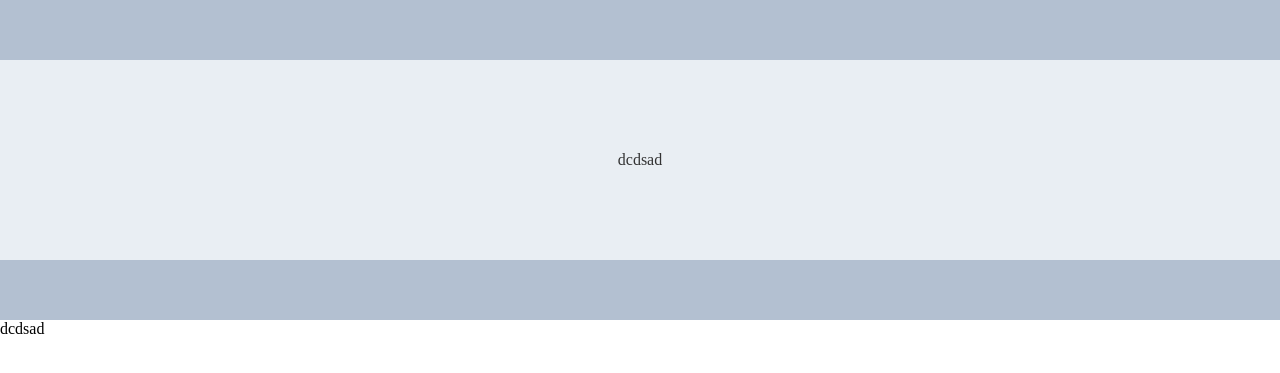
Repository: buddy-fallinlove/Meituan
Page: /
These files come from the project's save history. The page is drawn as it stood at one moment and after the next save; the edit follows.
The browser window is 1280 px wide. The pictures show the whole page.
The project was rebuilt for these pictures with package versions that can differ from the ones it lists, and the page was loaded fresh each time. Also part of the build but not shown: vue.config.js, src/components/layout1/top.vue, src/components/layout1/buccon.vue.

Above is the page before, as saved 2020-08-21 08:55:40.

### src/main.js
import Vue from 'vue'
import App from './App.vue'
import router from './router'
import store from './store'
//引入axios
import axios from './http'
Vue.config.productionTip = false
    //引入封装的全局方法
import api from './http/api.js'
Vue.prototype.$axios = axios
    //引入api.js
Vue.prototype.$api = api
    // 引入ElementUI
import ElementUI from 'element-ui';
import 'element-ui/lib/theme-chalk/index.css';
Vue.use(ElementUI);
new Vue({
    router,
    store,
    render: h => h(App)
}).$mount('#app')

### src/App.vue
<template>
  <div id="app">
    <router-view/>
  </div>
</template>

<style lang="scss">
@import "./style/css.类名_20200524144523"
</style>

### src/router/index.js
import Vue from 'vue'
import VueRouter from 'vue-router'
import Home from '../views/Home.vue'
import layout from '../views/layout.vue'
Vue.use(VueRouter)

const routes = [{
    path: '/',
    name: 'layout',
    component: layout,
    children: [{
            path: '',
            name: 'Home',
            component: Home
        }

    ]
}]

const router = new VueRouter({
    mode: 'history',
    base: process.env.BASE_URL,
    routes
})

export default router

### src/http/index.js
import axios from 'axios'
import qs from 'qs'
// import { Loading, } from 'element-ui'
import store from '../store/index'
// let loading = null


// 判断当前环境是生产环境还是开发环境
// process.env.NODE_ENV的值决定当前环境
// production为生产环境 development为开发环境
const isProduction = process.env.NODE_ENV === 'production'

// 创建axios配置对象
const service = axios.create()

// 接口基础路径
service.defaults.baseURL = isProduction ? 'http://49.233.66.125:5050/v1' : '/api'

// 超时时间
service.defaults.timeout = 10000
    // 请求头类型
    // service.defaults.headers.post['Content-Type'] = 'application/x-www-form-urlencoded'

// 请求拦截器
service.interceptors.request.use(config => {
    if (!store.state.cancelLoad) {
        store.state.loading = true
    }
    // loading = Loading.service({
    //     text: '正在加载中......'
    // })
    let token = localStorage.getItem('adminToken')
        // 每次请求 都在请求头带上token
    if (token) {
        config.headers['Authorization'] = 'Bearer ' + token
    }
    return config
}, err => {
    console.log(err)
    return Promise.reject(err)
})

// 响应拦截器
service.interceptors.response.use(response => {
    setTimeout(() => {
            store.state.loading = false
        }, 500)
        // if (loading) {
        //     loading.close()
        // }
    return response.data
}, err => {
    // if (err.response.status === 401) {
    //     Message.error(err.response.data.msg)
    // }
})

service.req = function(...params) {
    if (params.length === 1) {
        return service.get(params[0])
    }
    if (params.length === 2) {
        return service.post(params[0], qs.stringify(params[1]))
    }
}

export default service

### src/http/api.js
import service from './index'


export default {
    // 获取定位
    getposition() {
        return service.req('/position')
    },
    // 获取所有省份
    getprovince() {
        return service.req('/province')
    },

    // 获取省份所有城市
    getcitys(id) {
        return service.req(`/citys?id=${id}`)
    }








































































}

### src/style/css.类名_20200524144523.css
/* 同一行排列 */

.d-f {
    display: flex;
}


/* 占比 */

.f1 {
    flex: 1;
}

.f2 {
    flex: 2;
}


/* 垂直居中  水平居中 */

.j-c-c {
    justify-content: center;
}

.a-i-c {
    align-items: center;
}


/* 两边有间距  两边无间距  中间自动等分*/

.j-c-s-a {
    justify-content: space-around;
}

.j-c-s-b {
    justify-content: space-between;
}


/* 换行 */

.f-w-w {
    flex-wrap: wrap;
}


/* 内容不换行 */

.w-s-n {
    white-space: nowrap;
}


/* 超出部分隐藏 */

.o-h {
    overflow: hidden;
}


/* 超出部分显示省略号 */

.t-e-n {
    text-emphasis: none
}


/* 同一行竖向排列 */

.f-d-c {
    display: flex;
    flex-direction: column;
}


/* 悬浮小手 */

.h-c-p {
    cursor: pointer;
}


/* 外边距margin 上下左右4个方向*/

.m1 {
    margin: 10px;
}

.m2 {
    margin: 20px;
}

.m3 {
    margin: 30px;
}


/* 上边距margin：top */

.m-t1 {
    margin-top: 10px;
}

.m-t2 {
    margin-top: 20px;
}

.m-t3 {
    margin-top: 30px;
}


/* 下边距margin：bottom */

.m-b1 {
    margin-bottom: 10px;
}

.m-b2 {
    margin-bottom: 20px;
}

.m-b3 {
    margin-bottom: 30px;
}


/* 左边距margin：left */

.m-l1 {
    margin-left: 10px;
}

.m-l2 {
    margin-left: 20px;
}

.m-l3 {
    margin-left: 30px;
}


/* 右边距margin：right */

.m-r1 {
    margin-right: 10px;
}

.m-r2 {
    margin-right: 20px;
}

.m-r3 {
    margin-right: 30px;
}


/* 内边距padding-top bottom left right上下左右4个方向 */

.p1 {
    padding: 10px;
}

.p2 {
    padding: 20px;
}

.p3 {
    padding: 30px;
}


/* 边框实线border-solid */

.b-s-r {
    border: 1px solid red;
}


/* 边框虚线border-dashed */

.b-d-r {
    border: 1px dashed red;
}


/* 背景颜色 */

.b-c-r {
    background-color: red;
}

.b-c-b {
    background-color: black;
}

.b-c-c {
    background-color: #ccc;
}

.b-c-c {
    background-color: #fff;
}


/* 字体大小 */

.f-s12 {
    font-size: 12px;
}

.f-s14 {
    font-size: 14px;
}

.f-s18 {
    font-size: 18px;
}

.f-s20 {
    font-size: 20px;
}

.f-s22 {
    font-size: 22px;
}

.f-s24 {
    font-size: 24px;
}


/* 字体加粗 */

.f-w {
    font-weight: 700;
}


/* 隐藏上下左右边框 */

.b-t-n {
    border-top: none;
}

.b-b-n {
    border-bottom: none;
}

.b-l-n {
    border-left: none;
}

.b-r-n {
    border-right: none;
}


/* 圆50% */

.b-r {
    border-radius: 50%;
}


/* 同一行排列  居中 */

.container {
    display: flex;
    justify-content: center;
}


/* 宽1280px */

.warp {
    width: 1280px;
}


/* 取消边距 */

* {
    margin: 0;
    padding: 0;
}


/* 悬浮 */

.hover:hover {
    cursor: pointer;
    color: #eee;
}

.nb:hover {
    cursor: pointer;
}

.c {
    color: white;
}

.van-index-bar__index {
    margin-top: 5px;
}

.van-tabs__line {
    z-index: 0;
}

### src/views/Home.vue
<template>
 <div>
 dcdsad
 </div>
</template>

<script>
 export default {
   name: '',
   props: {
   },
   components: {

   },
   data () {
     return {

     }
   },
   methods: {

   },
   mounted() {

   },
   watch: {

   },
   computed: {

   }
 }
</script>

<style scoped lang='scss'>

</style>

### src/views/layout.vue
<template>
  <div>
    <el-container>
      <el-header>
      <div>
      <!--<top></top>-->
      </div>
      </el-header>
      <el-main>
      <div>
      <Home></Home>
      </div>
      </el-main>
      <el-footer>
        <div>
          <!--<buccon></buccon>-->
        </div>
      </el-footer>
    </el-container>
    <router-view></router-view>
  </div>
</template>

<script>
import top from "../components/layout1/top";
import buccon from "../components/layout1/buccon";
import Home from "../views/Home"
export default {
  name: "",
  props: {},
  components: {
    top,
    buccon,
    Home
  },
  data() {
    return {};
  },
  methods: {},
  mounted() {},
  watch: {},
  computed: {},
};
</script>

<style scoped lang='scss'>
  .el-header, .el-footer {
    background-color: #B3C0D1;
    color: #333;
    text-align: center;
    line-height: 60px;
  }

  .el-aside {
    background-color: #D3DCE6;
    color: #333;
    text-align: center;
    line-height: 200px;
  }

  .el-main {
    background-color: #E9EEF3;
    color: #333;
    text-align: center;
    line-height: 160px;
  }
</style>

Loaded but not shown: public/index.html (common file); src/store/index.js (common file)

After the next save:
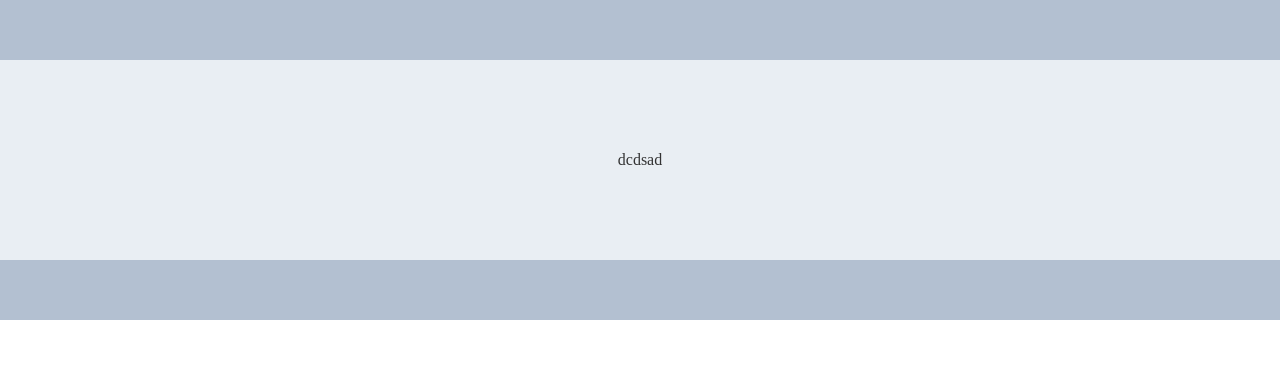
Saved 31 s later.
--- a/src/views/layout.vue
+++ b/src/views/layout.vue
@@ -8,7 +8,7 @@
       </el-header>
       <el-main>
       <div>
-      <Home></Home>
+       <router-view></router-view>
       </div>
       </el-main>
       <el-footer>
@@ -17,7 +17,7 @@
         </div>
       </el-footer>
     </el-container>
-    <router-view></router-view>
+
   </div>
 </template>
 
